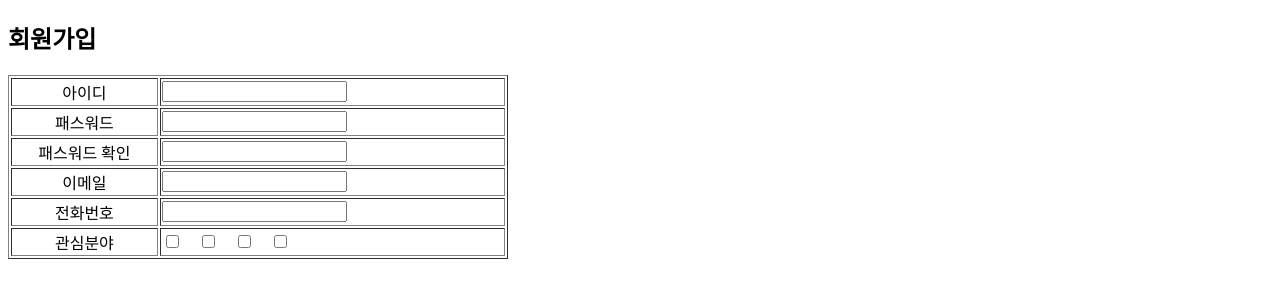
Repository: ohseung-web/OTjsp2026
Page: http://localhost/chapter/RequestJoin.jsp
The author's editor kept a copy of each file at every save. The page is drawn from the files as they stood at one save, then again after the next save.
The browser window is 1280 px wide. The pictures show the whole page.
The page is served by Tomcat 9.

Above is the page before, as saved 2026-10-17 07:20:38.

After the next save:
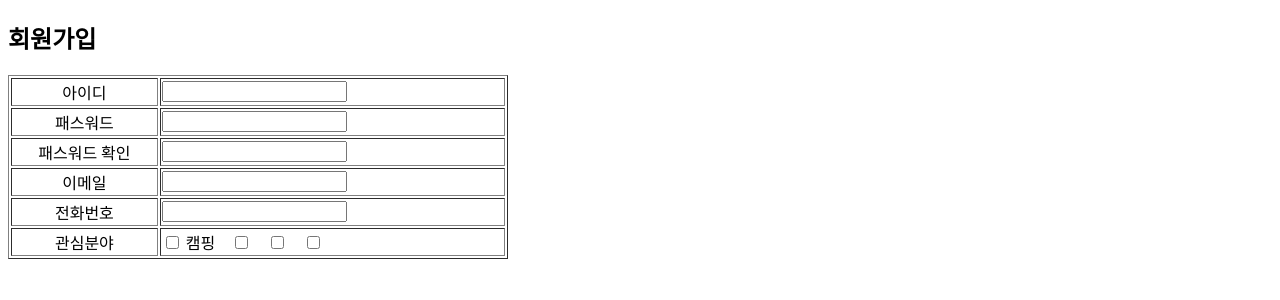
Saved 2 min 18 s later.
--- a/chapter/src/main/webapp/RequestJoin.jsp
+++ b/chapter/src/main/webapp/RequestJoin.jsp
@@ -43,7 +43,8 @@
 			<tr hight="50">
 				<td width="150" align="center">관심분야</td>
 				<td width="350">
-					<input type="checkbox" name="hobby" value="캠핑"> &nbsp;&nbsp;
+					<input type="checkbox" name="hobby" value="캠핑" id="comping">
+					<label for="comping">캠핑</label> &nbsp;&nbsp;
 					<input type="checkbox" name="hobby" value="등산"> &nbsp;&nbsp;
 					<input type="checkbox" name="hobby" value="영화"> &nbsp;&nbsp;
 					<input type="checkbox" name="hobby" value="독서"> &nbsp;&nbsp;
